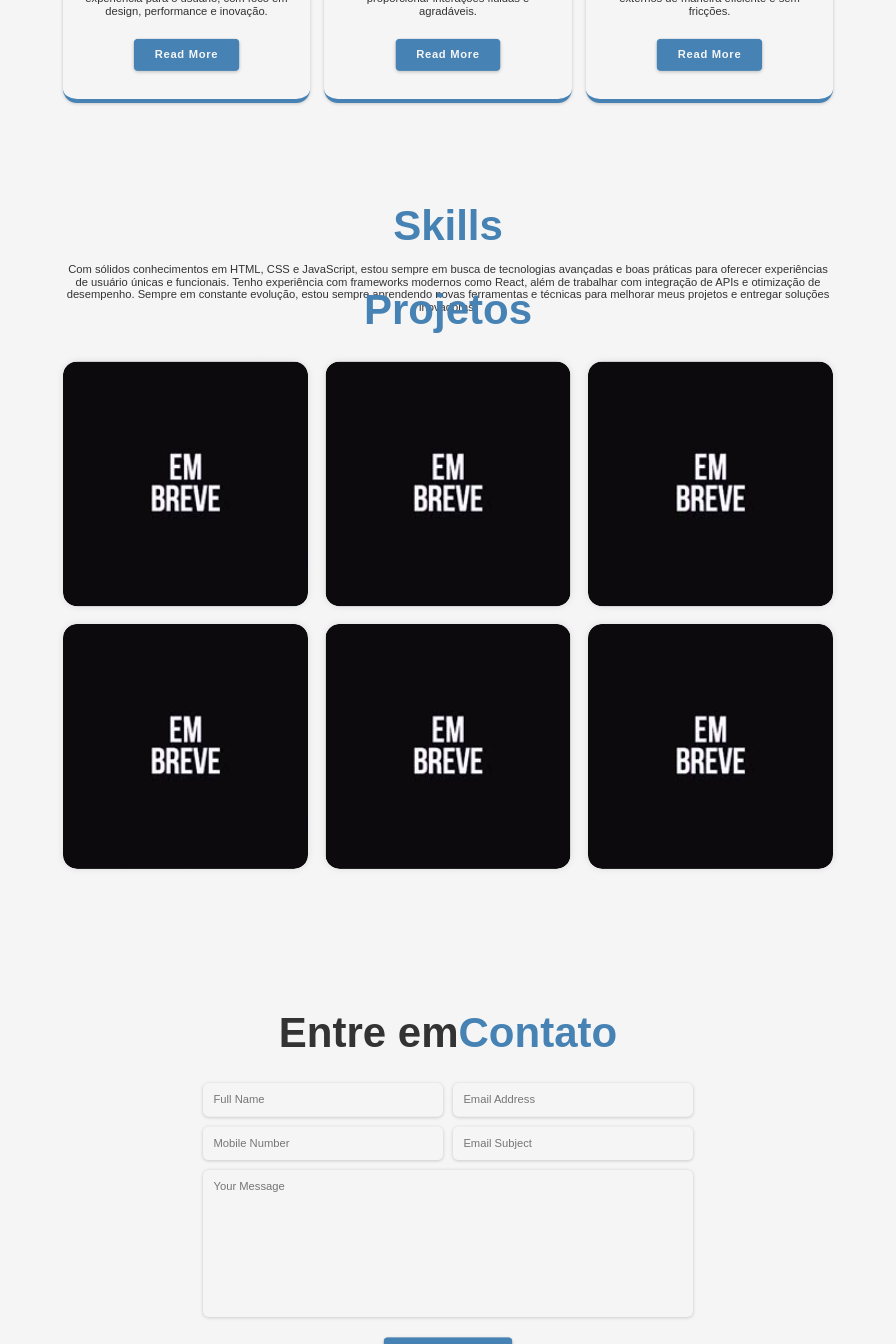
Repository: AliciaKathleen/portfolio-2025
Page: index.html
These files come from the project's save history. The page is drawn as it stood at one moment and after the next save; the edit follows.
The browser window is 1280 px wide. The pictures show the part of the page from y = 1855 to 3775 px (the page is 3996 px tall before and 3946 px after), at 70% of full size.

Above is the page before, as saved 2025-01-27 17:06:03.
Console error: TypeError: Cannot read properties of null (reading 'classList')

After the next save:
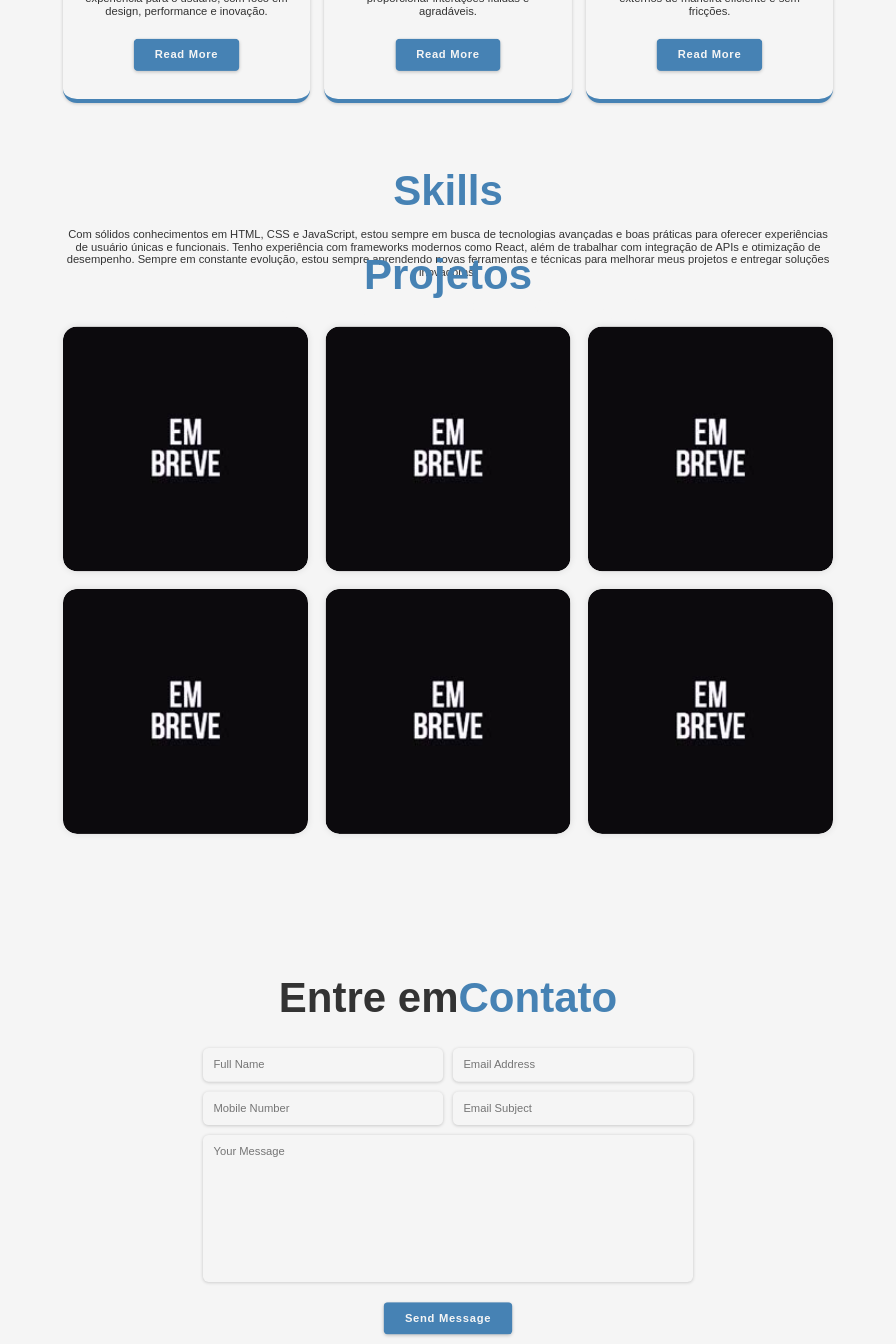
Saved 7 s later.
--- a/style.css
+++ b/style.css
@@ -296,7 +296,7 @@
 
 .services {
     min-height: auto;
-    padding-bottom: 20rem;
+    padding-bottom: 15rem;
     margin-top: -10rem;
 }
 
